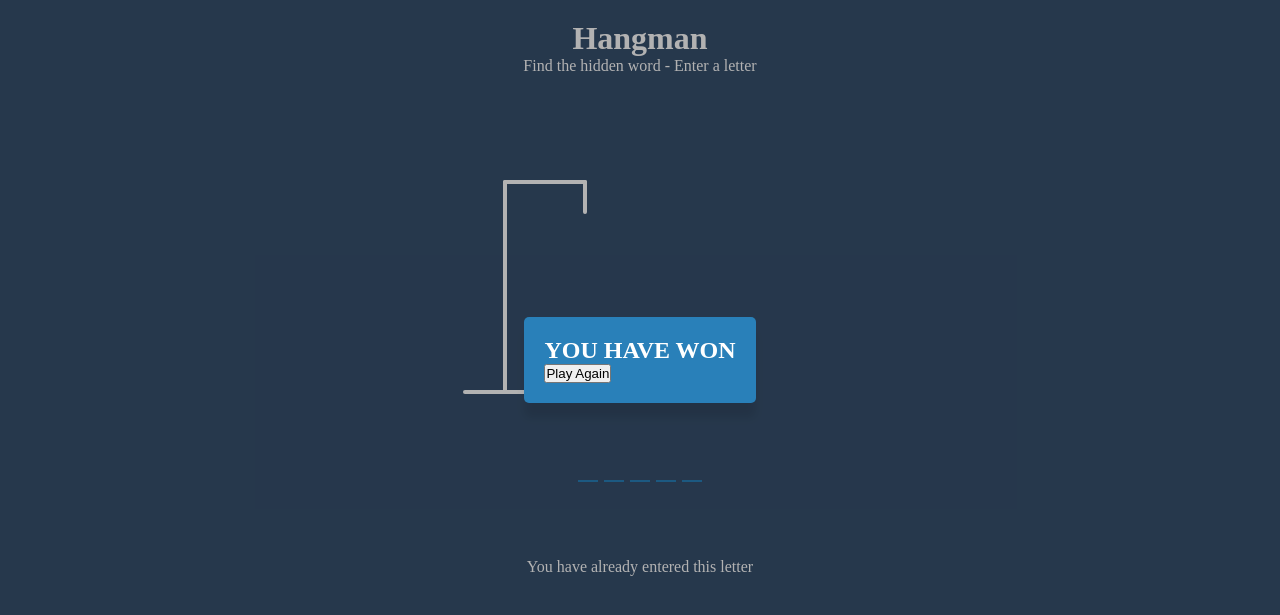
Repository: CAMPSLOPY/HangMan
Page: index.html
The author's editor kept a copy of each file at every save. The page is drawn from the files as they stood at one save, then again after the next save.
The browser window is 1280 px wide. The pictures show the whole page.
Some web fonts or font styles are not loaded; a fallback is used.

Above is the page before, as saved 2021-01-26 15:43:31.

### index.html
<!DOCTYPE html>
<html lang="en">
  <head>
    <meta charset="UTF-8" />
    <meta name="viewport" content="width=device-width, initial-scale=1.0" />
    <meta http-equiv="X-UA-Compatible" content="ie=edge" />
    <meta
      name="description"
      content="This is a  puzzle Game that is created with Vanilla JS.
      The game is centered around the use of letters to save a man from dying"
    />
    <meta name="robots" content="index,follow" />
    <link rel="icon" href="/video-game-gamepad.svg" />
    <link rel="stylesheet" href="/styles.css" />
    <title>HangMan</title>
  </head>
  <body>
    <h1>Hangman</h1>
    <p>Find the hidden word - Enter a letter</p>
    <div class="game-container">
      <svg height="250" width="200" class="figure-container">
        <!-- Rod -->
        <line x1="60" y1="20" x2="140" y2="20" />
        <line x1="140" y1="20" x2="140" y2="50" />
        <line x1="60" y1="20" x2="60" y2="230" />
        <line x1="20" y1="230" x2="100" y2="230" />

        <!-- Head -->
        <circle cx="140" cy="70" r="20" class="figure-part" />
        <!-- Body -->
        <line x1="140" y1="90" x2="140" y2="150" class="figure-part" />
        <!-- Arms -->
        <line x1="140" y1="120" x2="120" y2="100" class="figure-part" />
        <line x1="140" y1="120" x2="160" y2="100" class="figure-part" />
        <!-- Legs -->
        <line x1="140" y1="150" x2="120" y2="180" class="figure-part" />
        <line x1="140" y1="150" x2="160" y2="180" class="figure-part" />
      </svg>

      <div class="wrong-letters-container">
        <div id="wrong-letters"></div>
      </div>

      <div class="word" id="word">
        <div class="letter"></div>
        <div class="letter"></div>
        <div class="letter"></div>
        <div class="letter"></div>
        <div class="letter"></div>
      </div>
    </div>

    <!-- Container for final message -->
    <div class="popup-container" id="popup-container">
      <div class="popup">
        <h2 id="final-message">YOU HAVE WON</h2>
        <button id="play-button">Play Again</button>
      </div>
    </div>

    <!-- Notification -->
    <div class="notification-container" id="notification-container">
      <p>You have already entered this letter</p>
    </div>
    <script src="/app.js"></script>
  </body>
</html>

### styles.css
@import url("https://fonts.googleapis.com/css2?family=Hachi+Maru+Pop&display=swap");
* {
  margin: 0;
  padding: 0;
  box-sizing: border-box;
}
body {
  background-color: hsl(212, 33%, 32%);
  color: #fff;
  display: flex;
  flex-direction: column;
  align-items: center;
  min-height: 80vh;
  overflow: hidden;
  margin: 0;
  font-family: "Hachi Maru Pop", cursive;
}
h1 {
  padding: 20px 0 0;
}
.game-container {
  padding: 20px 30px;
  position: relative;
  margin: auto;
  height: 350px;
  width: 450px;
}
.figure-container {
  fill: transparent;
  stroke-width: 4px;
  stroke: #fff;
  stroke-linecap: round;
}
.figure-part {
  display: none;
}

.wrong-letters-container {
  position: absolute;
  top: 20px;
  right: 20px;
  display: flex;
  flex-direction: column;
  text-align: right;
}
.wrong-letters-container p {
  margin: 0 0 5px;
}
.wrong-letters-container span {
  font-size: 24px;
}

.word {
  display: flex;
  position: absolute;
  bottom: 10px;
  left: 50%;
  transform: translateX(-50%);
}

.letter {
  border-bottom: 2px solid #2980b9;
  display: inline-flex;
  font-size: 30px;
  align-items: center;
  justify-content: center;
  margin: 0 3px;
  height: 50px;
  width: 20px;
}
.popup-container {
  background-color: rgba(0, 0, 0, 0.3);
  position: fixed;
  top: 0;
  left: 0;
  right: 0;
  bottom: 0;
  display: flex;
  /* display: none; */
  align-items: center;
  justify-content: center;
}

.popup {
  background-color: #2980b9;
  border-radius: 5px;
  box-shadow: 0 15px 10px rgba(0, 0, 0, 0.1);
  padding: 20px;
  text
}

Loaded but not shown: app.js (no copy from this time; the picture is the same without it)

After the next save:
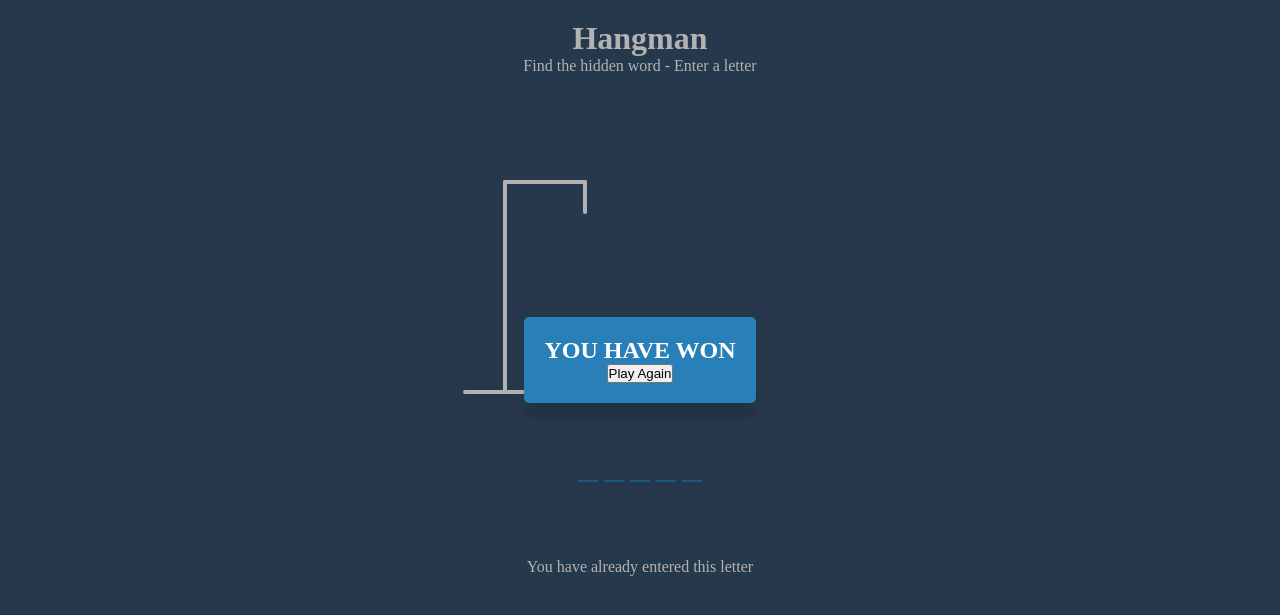
Saved 6 s later.
--- a/styles.css
+++ b/styles.css
@@ -86,5 +86,5 @@ h1 {
   border-radius: 5px;
   box-shadow: 0 15px 10px rgba(0, 0, 0, 0.1);
   padding: 20px;
-  text
+  text-align: center;
 }
